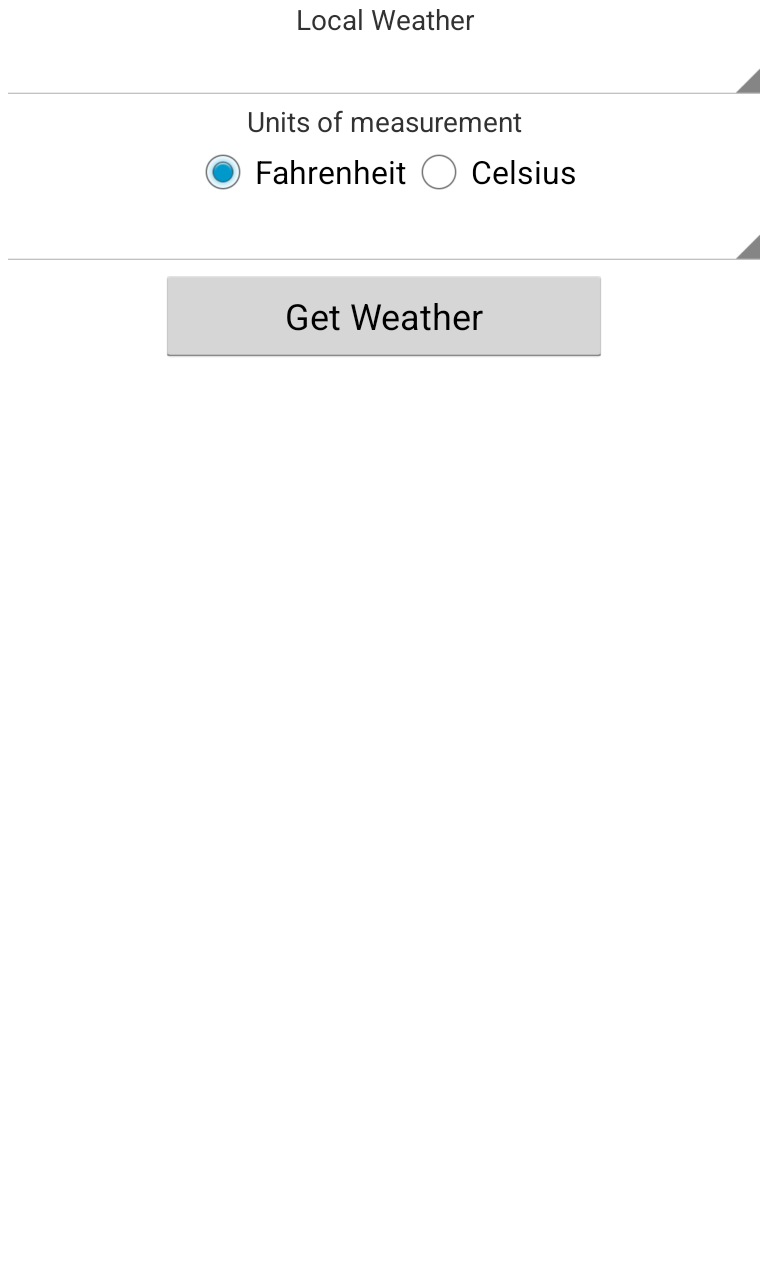
Repository: efreestone/Java1
Layout: Java1Project4/res/layout/activity_main.xml
These files come from the project's save history. The layout is drawn as it stood at one moment and after the next save; the edit follows.
It is drawn on a 768 x 1280 px phone screen (xhdpi) without system bars, with theme AppTheme; the app's code is not run.

Above is the layout before, as saved 2014-03-25 22:00:07.

### Java1Project4/res/layout/activity_main.xml
<?xml version="1.0" encoding="utf-8"?>
<LinearLayout xmlns:android="http://schemas.android.com/apk/res/android"
    android:layout_width="match_parent"
    android:layout_height="match_parent"
    android:orientation="vertical" >

    <!-- Top Linear Layout with controls -->
    <!-- <LinearLayout
        android:layout_width="match_parent"
        android:layout_height="wrap_content"
        android:orientation="horizontal"> -->

        <!-- Title -->
        <TextView
            android:id="@+id/titleView"
            android:layout_width="match_parent"
            android:layout_height="wrap_content"
            android:gravity="center"
            android:text="@string/titleString"/>

        <!-- City Spinner -->
        <Spinner
            android:id="@+id/citySpinner"
            android:layout_width="match_parent"
            android:layout_height="wrap_content"/>

        <!-- Measurement Title -->
        <TextView
            android:id="@+id/measureTitleView"
            android:layout_width="match_parent"
            android:layout_height="wrap_content"
            android:gravity="center"
            android:text="@string/measureTitleString"/>

        <!-- Measurement Radio Buttons -->
        <RadioGroup
            android:id="@+id/tempUnitRadioGroup"
            android:layout_width="wrap_content"
            android:layout_height="wrap_content"
            android:layout_gravity="center"
            android:orientation="horizontal" >

            <RadioButton
                android:id="@+id/fahrenheitRadio"
                android:layout_width="match_parent"
                android:layout_height="wrap_content"
                android:text="@string/fahrenheitString"
                android:checked="true"/>

            <RadioButton
                android:id="@+id/celsiusRadio"
                android:layout_width="match_parent"
                android:layout_height="wrap_content"
                android:text="@string/celsiusString"/>
        </RadioGroup>

        <!-- Current Spinner -->
        <Spinner
            android:id="@+id/currentSpinner"
            android:layout_width="match_parent"
            android:layout_height="wrap_content"/>

        <!-- Get Weather Button -->
        <Button
            android:id="@+id/weatherButton"
            android:layout_width="wrap_content"
            android:layout_height="wrap_content"
            android:layout_gravity="center"
            android:width="225dp"
            android:text="@string/weatherButtonString"/>

    <!-- </LinearLayout> -->

</LinearLayout>

### Java1Project4/res/values/strings.xml
<?xml version="1.0" encoding="utf-8"?>
<resources>

    <string name="app_name">Java1Project4</string>
    <string name="action_settings">Settings</string>
    <string name="hello_world">Hello world!</string>

    <!-- Title and button strings -->
    <string name="titleString">Local Weather</string>
    <string name="measureTitleString">Units of measurement</string>
    <string name="weatherButtonString">Get Weather</string>
    <string name="displayTempString">Please select a city and measurement unit</string>

    <!-- Connection Alert strings -->
    <string name="noConnectionTitle">Connection Error</string>
    <string name="noConnectionAlert">This application requires internet access. Please check your network connection and try again.</string>

    <!-- Main URL strings -->
    <string name="mainURLString">http://api.wunderground.com/api/8204b5c9bf753afb/</string>
    <string name="conditionsURLString">conditions/q/</string>
    <string name="forecastURLString">forecast/q/</string>
    <!-- City URL strings -->
    <string name="lovelandString">CO/Loveland.json</string>
    <string name="losAngelesString">CA/Los_Angeles.json</string>
    <string name="newYorkString">NY/New_York.json</string>
    <string name="chicagoString">IL/Chicago.json</string>
    <string name="orlandoString">FL/Orlando.json</string>

    <!-- Radio Button Text -->
    <string name="fahrenheitString">Fahrenheit</string>
    <string name="celsiusString">Celsius</string>

    <!-- Cities array for first spinner -->
    <string-array name="cities_array">
        <item >Loveland</item>
        <item >Los Angeles</item>
        <item >New York</item>
        <item >Chicago</item>
        <item >Orlando</item>
    </string-array>

    <!-- Array for second spinner -->
    <string-array name="current_forecast">
        <item >Current Weather</item>
        <item >3-day Forecast</item>
    </string-array>

</resources>

Loaded but not shown: Java1Project4/res/values/styles.xml (common file); Java1Project4/res/values-v11/styles.xml (common file); Java1Project4/res/values-v14/styles.xml (common file)

After the next save:
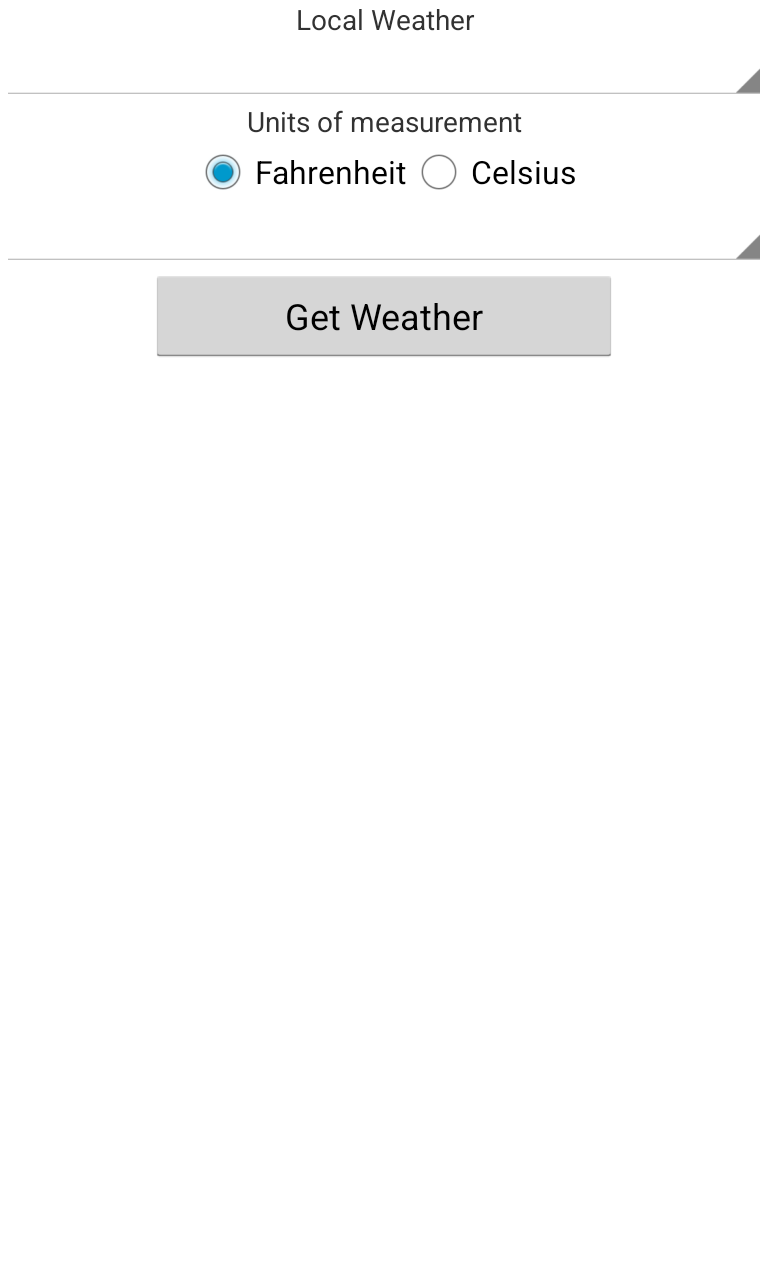
Saved 37 s later.
--- a/Java1Project4/res/layout/activity_main.xml
+++ b/Java1Project4/res/layout/activity_main.xml
@@ -66,7 +66,7 @@
             android:layout_width="wrap_content"
             android:layout_height="wrap_content"
             android:layout_gravity="center"
-            android:width="225dp"
+            android:width="235dp"
             android:text="@string/weatherButtonString"/>
 
     <!-- </LinearLayout> -->
